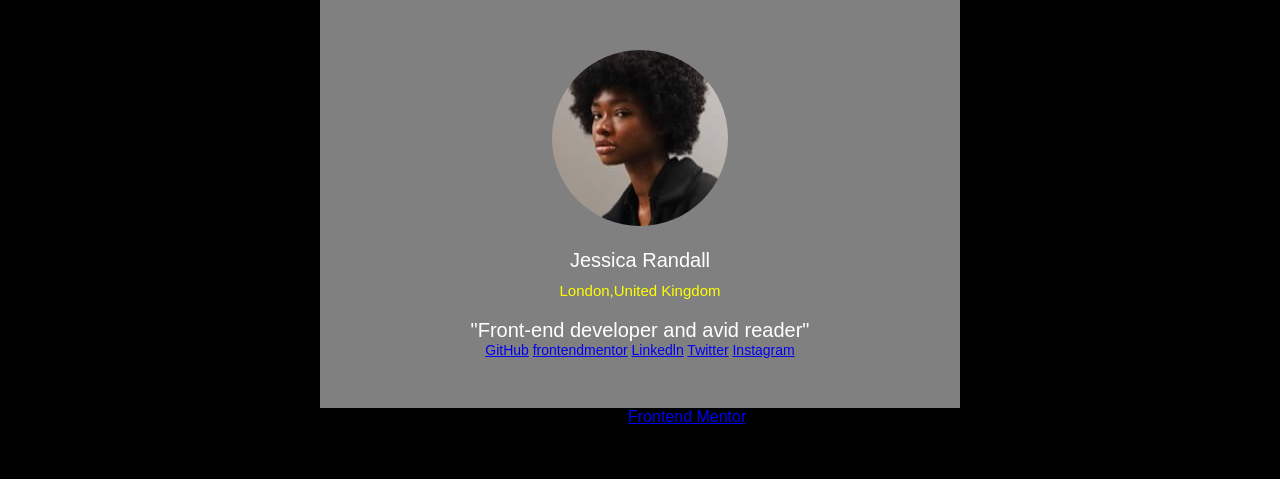
Repository: JosephAbatan05/Social-links-profile
Page: social-links-profile-main/index.html
The author's editor kept a copy of each file at every save. The page is drawn from the files as they stood at one save, then again after a run of saves.
The browser window is 1280 px wide. The pictures show the whole page.

Above is the page before, as saved 2025-01-25 10:52:14.

After the next 3 saves:
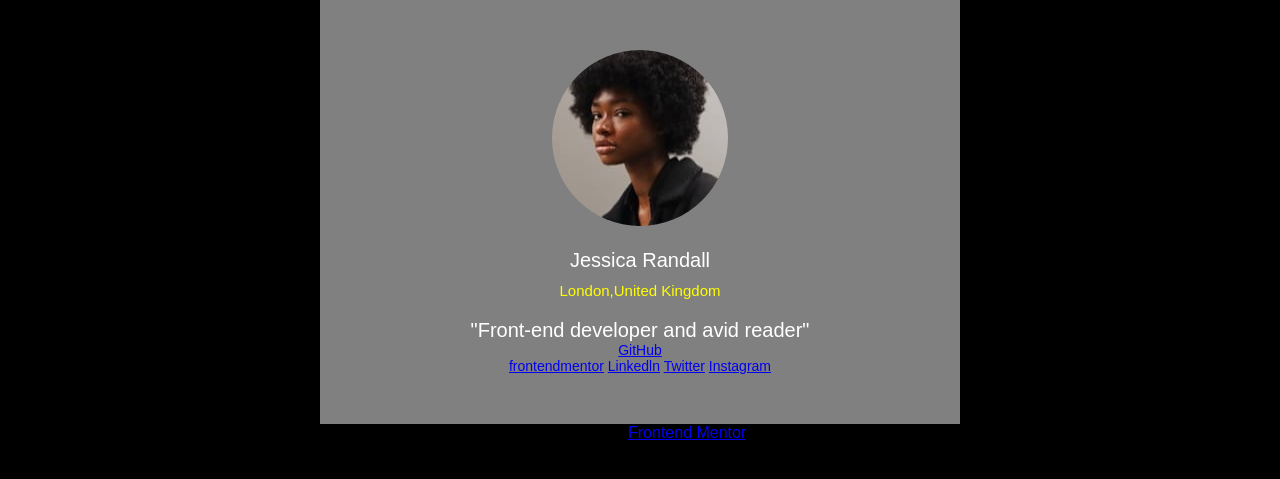
The 3 saves are shown as one change because they came seconds apart.
The last was saved 19 s later.
--- a/social-links-profile-main/index.html
+++ b/social-links-profile-main/index.html
@@ -37,7 +37,7 @@
 <div class="about">"Front-end developer and avid reader"</div>
 <div id="fa-links-container">
   <div>
-    <a href="https://github.com" class="button">GitHub</a>
+    <a href="https://github.com" class="button">GitHub</a></div><div></div>
 
 
 
